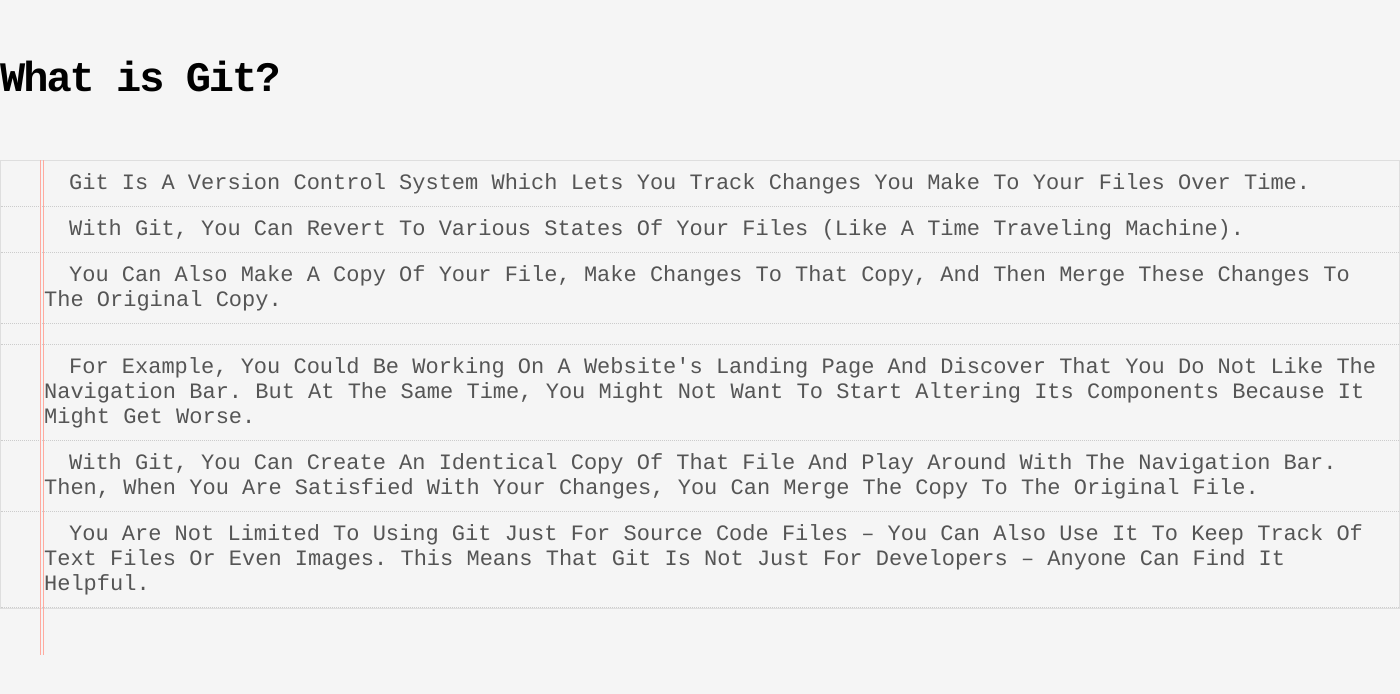
Repository: dev-singh-kanyal/Archive-git_github
Page: src/what is git.html
These files come from the project's save history. The page is drawn as it stood at one moment and after the next save; the edit follows.
The browser window is 1280 px wide. The page is 1400 px wide, so the pictures cover 1400 px, including what lies to the right of the window. The pictures show the whole page.
Some web fonts or font styles are not loaded; a fallback is used.

Above is the page before, as saved 2022-06-24 16:37:32.

### src/what is git.html
<!DOCTYPE HTML>
<html>

<head>
   <meta charset="UTF-8">
   <title>Git</title>
   <link rel="stylesheet" href="/src/style.css">
   <link href="https://fonts.googleapis.com/css2?family=Reenie+Beanie&display=swap" rel="stylesheet">
</head>

<body>

    <h4>What is Git?</h4>

    <div class="lines"></div>

    <ul class="list">
      <li>Git is a version control system which lets you track changes you make to your files over time.</li>
      <li>With Git, you can revert to various states of your files (like a time traveling machine).</li>
      <li>You can also make a copy of your file, make changes to that copy, and then merge these changes to the original copy.</li>
      <li></li>
      <li>For example, you could be working on a website's landing page and discover that you do not like the navigation bar. But at the same time, you might not want to start altering its components because it might get worse.</li>
      <li>With Git, you can create an identical copy of that file and play around with the navigation bar. Then, when you are satisfied with your changes, you can merge the copy to the original file.</li>
      <li>You are not limited to using Git just for source code files – you can also use it to keep track of text files or even images. This means that Git is not just for developers – anyone can find it helpful.</li>
    </ul>

</body>
</html>

### src/style.css
body {
    background-color: #f5f5f5;
    width: 1400px;
    margin: 0 auto;
    padding: 0;
  }
  h4 {
    color: #000000;
    font-size: 42px;
    letter-spacing: -2px;
    font-family: courier, monospace;
    text-align: left;
  }
  a {
    text-decoration: none;
    color: inherit;
  }
  .list {
    color: #555;
    font-size: 22px;
    /* font-size: 2rem; */
    padding: 0 !important;
    width: auto;
    /* font-family: 'Reenie Beanie'; */
    font-family: courier, monospace;
    border: 1px solid #dedede;
    text-indent: 25px;
  }
  .list li {
    list-style: none;
    border-bottom: 1px dotted #ccc;
    text-indent: 25px;
    height: auto;
    padding: 10px;
    text-transform: capitalize;
  }
  .list li:hover {
    background-color: #f0f0f0;
    -webkit-transition: all 0.2s;
    -moz-transition:    all 0.2s;
    -ms-transition:     all 0.2s;
    -o-transition:      all 0.2s;
  }
  .lines {
    border-left: 1px solid #ffaa9f;
    border-right: 1px solid #ffaa9f;
    width: 2px;
    float: left;
    height: 495px;
    margin-left: 40px;

  }

After the next save:
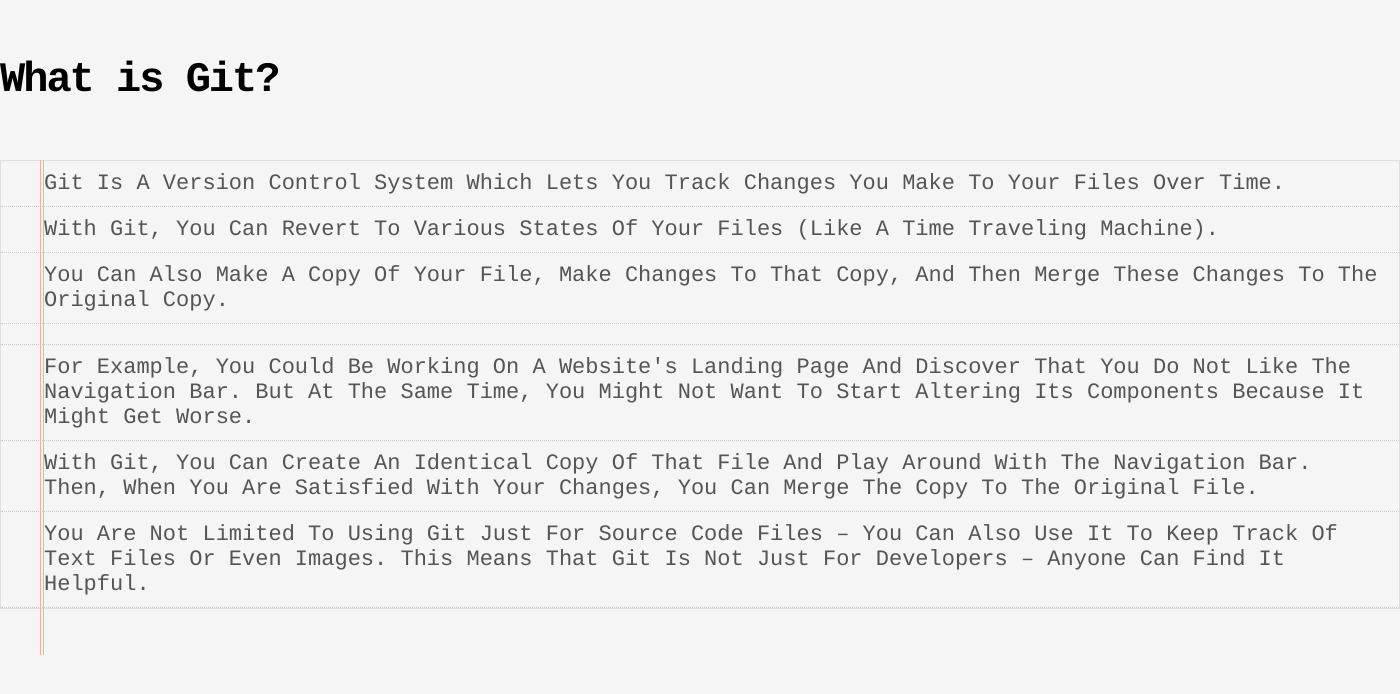
Saved 4 s later.
--- a/src/style.css
+++ b/src/style.css
@@ -24,12 +24,12 @@
     /* font-family: 'Reenie Beanie'; */
     font-family: courier, monospace;
     border: 1px solid #dedede;
-    text-indent: 25px;
+
   }
   .list li {
     list-style: none;
     border-bottom: 1px dotted #ccc;
-    text-indent: 25px;
+    /* text-indent: 25px; */
     height: auto;
     padding: 10px;
     text-transform: capitalize;
